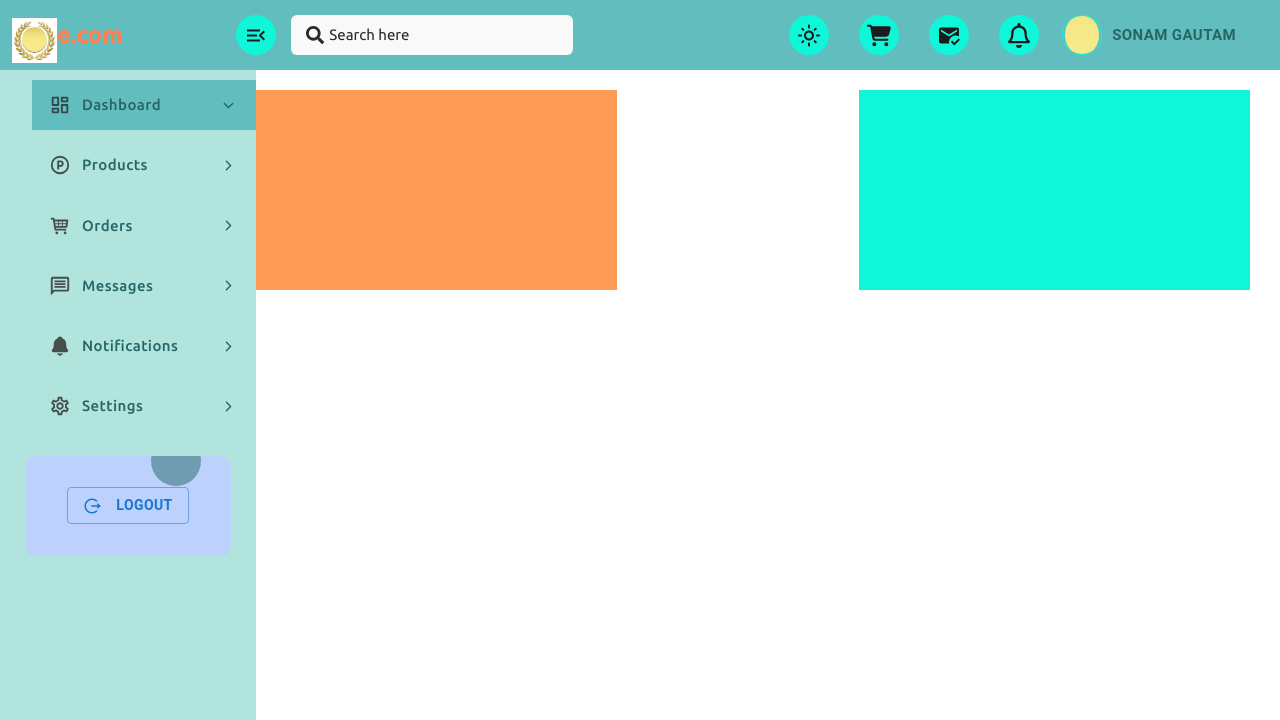
Repository: gautamsonam011/admin-react-dashboard
Page: /
The author's editor kept a copy of each file at every save. The page is drawn from the files as they stood at one save, then again after the next save.
The browser window is 1280 px wide. The pictures show the whole page.
The project was rebuilt for these pictures with package versions that can differ from the ones it lists, and the page was loaded fresh each time.

Above is the page before, as saved 2025-04-16 12:55:12.

### src/App.js
import { BrowserRouter, Routes, Route } from 'react-router-dom';
import './App.css';
import 'bootstrap/dist/css/bootstrap.min.css';
import Dashboard from './pages/Dashboard/Dashboard';
import Header from "./components/Header/index";
import Sidebar from './components/Sidebar';

function App() {
  return (
    <BrowserRouter>
    <Header/>
    <div className='main d-flex'>
      <div className='sidebarWrapper'>
        <Sidebar/>
      </div>
    </div>
    <div className='content'>
    <Routes>
      <Route path = "/" exact={true} element={<Dashboard/>} />
    </Routes>
    </div>

    </BrowserRouter>
  );
}

export default App;

### src/App.css
@import url('https://fonts.googleapis.com/css2?family=Ubuntu:ital,wght@0,300;0,400;0,500;0,700;1,300;1,400;1,500;1,700&display=swap');

body{
  font-family: "Ubuntu", sans-serif !important;
  background-color: #f4f8f7;

}

header{
  width:100%;
  height: 70px;
  background-color:#62bebe;
  position: fixed;
  top:0px;
  left:0px;
  z-index: 1000;
}
header .logo{
  text-decoration: none;
}
header .logo img{
  margin-top: 10px;
  width:45px;

}

header .logo span{
color: coral;
font-weight: bolder;
font-size: 24px;
}
header button.rounded-circle{min-width:40px !important; width:40px !important; height: 40px !important; background-color:#0ff7d8 !important; margin: 15px;}
header button.rounded-circle svg{color:rgb(29, 27, 27); font-size: 25px !important; transition: all 0.2s ease-in-out;}
header button.rounded-circle:hover svg{color: #2585d4 !important;}
.searchBox{width:400px; height: 40px; background-color:#faf9f9; border-radius: 6px;padding: 3px 15px;}
.searchBox input{background: transparent;border:0px; outline:none; padding-left: 5px; font-size: 15px; color:#292929}
.searchBox input::-webkit-input-placeholder{color:#292929}
.searchBox svg{font-size: 18px; color:#292929 ;}

.userImg{display: flex; align-items:center; justify-content: center; overflow: hidden; width:40px; height: 40px; border:1px solid #0ff7d8; padding: 2px; border-radius: 100%;}
.userImg .rounded-circle{display: flex; align-items:center; justify-content: center; overflow: hidden; width: 40px; height: 40px; cursor: pointer; position: relative;}
.userImg .rounded-circle .img{object-fit: cover; width: 100%;}
.userInfo{padding-left: 10px;}
.userInfo h5{font-size: 15px; font-weight: 600; margin-bottom:0px; color: #266666;}

#account-menu li{font-size: 14px !important;}
#account-menu li svg{font-size: 20px !important}

.dropdown-info{padding-left: 6px;}
.dropdown-info h4{font-size: 15px; font-weight:600;margin-top: 2px; white-space: break-space; line-height: 21px;}
.dropdown-info p{font-size: 10px; color: #2585d4;}


/* Style for sidebar  */

.main .sidebarWrapper{width: 20%; flex: 0 0 20%; transition: all 0.3s ease-in-out;}
.main .sidebarWrapper .sidebar{width:20%; height: 100vh; position:fixed; top: 70px; left:0px; background:#b1e4dd; overflow-y: scroll; overflow-x: hidden;}
.main .sidebarWrapper .sidebar::-webkit-scrollbar-thumb{background: transparent !important; width:3px;}
.main .sidebarWrapper:hover .sidebar::-webkit-scrollbar{ background:#2585d4; width:3px;}
.main .sidebarWrapper .sidebar ul{margin-bottom:0px;}
.main .sidebarWrapper .sidebar ul li{list-style: none; margin-top:10px;}
.main .sidebarWrapper .sidebar ul li button{color:#266666; text-align: left; justify-content: left; border-radius:0px !important; padding: 12px 15px !important;
  align-items: center; text-transform: capitalize !important;font-family: "Ubuntu", sans-serif !important;
  margin-left: 0px; font-size: 15px !important;
}
.main .sidebarWrapper .sidebar ul li button .icon{display: flex; align-items:center; justify-content: center; width:25px; height:25px; margin-right: 10px;}
.main .sidebarWrapper .sidebar ul li button .icon svg{color:#292929; opacity: 0.8; font-size: 22px;}
.main .sidebarWrapper .sidebar ul li button .arrow{margin-left: auto; display: flex; align-items: center; justify-content: center; width: 25px; transition: all 0.3s ease-in-out}
.main .sidebarWrapper .sidebar ul li button:hover{background:#62bebe !important;}
.main .sidebarWrapper .sidebar ul li button.active{background: #62bebe !important;}
.main .sidebarWrapper .sidebar ul li button.active .arrow{transform: rotate(90deg);}

.main .sidebarWrapper .sidebar ul .submenu{padding: 0px 45px; position:relative; height:auto;}
.main .sidebarWrapper .sidebar ul .submenu::before{content:''; width:1px; height: 95%; position: absolute; top:0px; left:25px; background:rgba(0, 0, 0, 0.1);}
.main .sidebarWrapper .sidebar ul .submenu li{width:100%; list-style: none;}
.main .sidebarWrapper .sidebar ul .submenu li a{color:#266666 !important; text-decoration: none; font-family: "Ubuntu", sans-serif !important;
display: block; padding: 6px 0px; font-size: 14px !important; font-weight: 500; transition:all 0.3s}
.main .sidebarWrapper .sidebar ul .submenu li a:hover{color:#2585d4 !important;}

.main .sidebarWrapper .sidebar ul .submenuWrapper{transition:all 0.3s ease-in-out; height: 0px; overflow: hidden; }
.main .sidebarWrapper .sidebar ul .submenuWrapper.colapsed .submenu{opacity:0;}

.main .sidebarWrapper .sidebar ul .submenuWrapper.colapse{height:auto; overflow: inherit;}
.main .sidebarWrapper .sidebar ul .submenuWrapper.colapse .submenu{opacity:1; height:auto;}

.logoutWrapper{padding: 0px 25px;}
.logoutWrapper .logoutBox{width:100%; height:100px; padding: 25px; background:#bcd2fd; border-radius:10px; margin-bottom:20px; display:flex; align-items: center; justify-content: center;
position:relative; overflow:hidden;}
.logoutWrapper .logoutBox::before{content:''; width:50px; height:50px; background:#266666; border-radius: 100%; position:absolute; top: -20px; right: 30px; opacity:0.5}
.logoutWrapper .logoutBox::after{content:''; width:30px; height:30px; background:#266666; border-radius: 100%; position:absolute; top: -30px; left: 30px; opacity:0.5}
.logoutWrapper .logoutBox button{font-size:14px !important; font-weight: 600 !important; }
.logoutWrapper .logoutBox button svg{margin-right: 15px; font-size:18px;}

.main .content{width:80%; flex: 0 0 80%;}
.right-content{padding: 90px 30px;}
.dashboardBoxWrapper{gap: 15px; width:100%; flex-wrap: wrap;}
.dashboardBoxWrapper .dashboardBox{margin-left:200px; width:48%; height: 200px; background-color:rgb(253, 154, 83);}
.dashboardBoxWrapperRow .box{width:100%; height: 100%; background:#0ff7d8;}

### src/pages/Dashboard/Dashboard.jsx
import DashboardBox from "../../components/DashboardBox";

const Dashboard = () => {
    return (
        <div className="right-content w-100">
            <div className="row dashboardBoxWrapperRow ">
                <div className="col-md-8">
                    <div className="dashboardBoxWrapper d-flex">
                        <DashboardBox color={["#000", "#ccc"]} />

                    </div>
                </div>
                <div className="col-md-4 pl-0">
                    <div className="box"></div>
                </div>
            </div>
        </div>
    )
}

export default Dashboard;

### src/components/Header/index.jsx
import React, { useState } from 'react';
import { Link } from "react-router-dom";
import logo from "../../assests/images/logo.jpg";
import Button from '@mui/material/Button';
import { MdMenuOpen } from "react-icons/md";
// import { MdOutlineMenu } from "react-icons/md";
import SearchBox from "../SearchBox";
import { MdOutlineLightMode } from "react-icons/md";
// import { MdDarkMode } from "react-icons/md";
import { FaCartShopping } from "react-icons/fa6";
import { MdMarkEmailRead } from "react-icons/md";
import { FaRegBell } from "react-icons/fa";


import Avatar from '@mui/material/Avatar';
import Menu from '@mui/material/Menu';
import MenuItem from '@mui/material/MenuItem';
import ListItemIcon from '@mui/material/ListItemIcon';
import Divider from '@mui/material/Divider';
import { FaShieldAlt } from "react-icons/fa";
import Settings from '@mui/icons-material/Settings';
import Logout from '@mui/icons-material/Logout';

const Header = () => {
    const [anchorEl, setAnchorEl] = useState(null);
    const [anchorElNotification, setAnchorElNotification] = useState(null);

    const open = Boolean(anchorEl);

    const handleOpenMyAccountDropdown = (event) => {
        if (anchorEl) {
            setAnchorEl(null);
        } else {
            setAnchorEl(event.currentTarget);
        }
    };

    const handleOpenMyAccountDropdownClose = () => {
        setAnchorEl(null);
    };

    // For Notification dropdown
    const handleOpennotificationsDrop = (event) => {
        setAnchorElNotification(event.currentTarget);
    };

    const handleClosenotificationsDrop = () => {
        setAnchorElNotification(null);
    };



    return (
        <>
            <header>
                <div className="container-fluid">
                    <div className="row d-flex align-items-center w-100">
                        {/* logo */}
                        <div className="col-sm-2">
                            <Link to="/" className="d-flex align-items-center logo">
                                <img src={logo} alt="logo" />
                                <span className="ml-2">e.com</span>
                            </Link>
                        </div>
                        <div className="col-sm-3 d-flex align-items-center pl-4">
                            <Button className="rounded-circle"><MdMenuOpen /></Button>
                            <SearchBox />
                        </div>
                        <div className="col-sm-7 d-flex align-items-center justify-content-end part3">
                            <Button className="rounded-circle"><MdOutlineLightMode /></Button>
                            <Button className="rounded-circle"><FaCartShopping /></Button>
                            <Button className="rounded-circle"><MdMarkEmailRead /></Button>
                            <Button className="rounded-circle" onClick={handleOpennotificationsDrop}>
                                <FaRegBell />
                            </Button>
                            <Menu
                                anchorEl={anchorElNotification}
                                open={Boolean(anchorElNotification)}
                                onClose={handleClosenotificationsDrop}
                                onClick={handleClosenotificationsDrop}
                                slotProps={{
                                    paper: {
                                        elevation: 0,
                                        sx: {
                                            overflow: 'visible',
                                            filter: 'drop-shadow(0px 2px 8px rgba(0,0,0,0.32))',
                                            mt: 1.5,
                                            '&::before': {
                                                content: '""',
                                                display: 'block',
                                                position: 'absolute',
                                                top: 0,
                                                right: 14,
                                                width: 10,
                                                height: 10,
                                                bgcolor: 'background.paper',
                                                transform: 'translateY(-50%) rotate(45deg)',
                                                zIndex: 0,
                                            },
                                        },
                                    },
                                }}
                                transformOrigin={{ horizontal: 'right', vertical: 'top' }}
                                anchorOrigin={{ horizontal: 'right', vertical: 'bottom' }}
                            >
                                <MenuItem onClick={handleClosenotificationsDrop}>
                                    Orders(12)
                                </MenuItem>
                                <Divider className="mb-2" />
                                <MenuItem onClick={handleClosenotificationsDrop}>
                                    <div className="d-flex align-items-center dropdown-list">

                                        <div className="userImg">
                                        <span className="rounded-circle">
                                            <img src={logo} alt="profile" />
                                        </span>

                                    </div>
                                    <div className='dropdown-info'>
                                        <h4><b>Sona</b> added Leather New Shoes</h4>
                                        <p>Few minutes ago</p>
                                    </div>
                                    </div>

                                </MenuItem>
                                <MenuItem onClick={handleClosenotificationsDrop}>
                                    <div className="d-flex align-items-center dropdown-list">

                                        <div className="userImg">
                                        <span className="rounded-circle">
                                            <img src={logo} alt="profile" />
                                        </span>

                                    </div>
                                    <div className='dropdown-info'>
                                        <h4><b>Sona</b> added Leather New Shoes</h4>
                                        <p>Few minutes ago</p>
                                    </div>
                                    </div>

                                </MenuItem>
                            </Menu>

                            <div className="myAccountWrapper">
                                <Button className="myAccount d-flex align-items-center" onClick={handleOpenMyAccountDropdown}>
                                    <div className="userImg">
                                        <span className="rounded-circle">
                                            <img src={logo} alt="profile" />
                                        </span>

                                    </div>
                                    <div className="userInfo">
                                        <h5>Sonam Gautam</h5>
                                    </div>

                                    <Menu
                                        anchorEl={anchorEl}
                                        id="account-menu"
                                        open={open}
                                        onClose={handleOpenMyAccountDropdownClose}
                                        onClick={handleOpenMyAccountDropdownClose}
                                        slotProps={{
                                            paper: {
                                                elevation: 0,
                                                sx: {
                                                    overflow: 'visible',
                                                    filter: 'drop-shadow(0px 2px 8px rgba(0,0,0,0.32))',
                                                    mt: 1.5,
                                                    '& .MuiAvatar-root': {
                                                        width: 32,
                                                        height: 32,
                                                        ml: -0.5,
                                                        mr: 1,
                                                    },
                                                    '&::before': {
                                                        content: '""',
                                                        display: 'block',
                                                        position: 'absolute',
                                                        top: 0,
                                                        right: 14,
                                                        width: 10,
                                                        height: 10,
                                                        bgcolor: 'background.paper',
                                                        transform: 'translateY(-50%) rotate(45deg)',
                                                        zIndex: 0,
                                                    },
                                                },
                                            },
                                        }}
                                        transformOrigin={{ horizontal: 'right', vertical: 'top' }}
                                        anchorOrigin={{ horizontal: 'right', vertical: 'bottom' }}
                                    >
                                        <MenuItem onClick={handleOpenMyAccountDropdownClose}>
                                            <Avatar /> Profile
                                        </MenuItem>
                                        <Divider />
                                        <MenuItem onClick={handleOpenMyAccountDropdownClose}>
                                            <ListItemIcon>
                                                <FaShieldAlt fontSize="small" />
                                            </ListItemIcon>
                                            Reset Password
                                        </MenuItem>
                                        <MenuItem onClick={handleOpenMyAccountDropdownClose}>
                                            <ListItemIcon>
                                                <Settings fontSize="small" />
                                            </ListItemIcon>
                                            Settings
                                        </MenuItem>
                                        <MenuItem onClick={handleOpenMyAccountDropdownClose}>
                                            <ListItemIcon>
                                                <Logout fontSize="small" />
                                            </ListItemIcon>
                                            Logout
                                        </MenuItem>
                                    </Menu>
                                </Button>
                            </div>
                        </div>
                    </div>
                </div>
            </header>
        </>
    )
}

export default Header

### src/components/Sidebar/index.jsx
import Button from '@mui/material/Button';
import { RiDashboardLine } from "react-icons/ri";
import { IoIosArrowForward } from "react-icons/io";
import { TbBrandProducthunt } from "react-icons/tb";
import { TiShoppingCart } from "react-icons/ti";
import { MdOutlineMessage } from "react-icons/md";
import { IoNotifications } from "react-icons/io5";
import { MdOutlineSettings } from "react-icons/md";
import { Link } from 'react-router-dom';
import React, {useState} from "react";
import { RiLogoutCircleRLine } from "react-icons/ri";

const Sidebar = () =>{
    const [activeTab, setActiveTab] = useState(0);
    const [isToggleSubmenu, setIsToggleSubmenu] = useState(false);

    const isOpenSubmenu = (index) =>{
        setActiveTab(index);
        setIsToggleSubmenu(!isToggleSubmenu);


    }

    return(
        <div className="sidebar">
            <ul>
                <li>
                    <Link to="/">
                    <Button className={`w-100 ${activeTab === 0 ? 'active' : ''}`} onClick={()=>isOpenSubmenu(0)}>
                        <span className='icon'><RiDashboardLine/></span>
                        Dashboard
                        <span className="arrow"><IoIosArrowForward/></span>
                    </Button>
                    </Link>
                </li>
                <li>
                    <Button className={`w-100 ${activeTab === 1 && isToggleSubmenu===true ?  'active' : ''}`} onClick={()=>isOpenSubmenu(1)}>
                        <span className='icon'><TbBrandProducthunt/></span>
                        Products
                        <span className="arrow"><IoIosArrowForward/></span>
                    </Button>
                    <div className={`submenuWrapper ${activeTab===1 && isToggleSubmenu===true ? 'colapse':'colapsed'}`}>
                    <ul className='submenu'>
                        <li><Link to="#">Product Add</Link></li>
                        <li><Link to="#">Product List</Link></li>
                        <li><Link to="#">Product View</Link></li>
                    </ul>
                    </div>
                </li>
                <li>
                    <Link to="/">
                    <Button className={`w-100 ${activeTab === 2 ? 'active' : ''}`} onClick={()=>isOpenSubmenu(2)}>
                        <span className='icon'><TiShoppingCart/></span>
                        Orders
                        <span className="arrow"><IoIosArrowForward/></span>
                    </Button>
                    </Link>
                </li>
                <li>
                    <Link to="/">
                    <Button className={`w-100 ${activeTab === 3 ? 'active' : ''}`} onClick={()=>isOpenSubmenu(3)}>
                        <span className='icon'><MdOutlineMessage/></span>
                        Messages
                        <span className="arrow"><IoIosArrowForward/></span>
                    </Button>
                    </Link>
                </li>
                <li>
                    <Link to="/">
                    <Button className={`w-100 ${activeTab === 4 ? 'active' : ''}`} onClick={()=>isOpenSubmenu(4)}>
                        <span className='icon'><IoNotifications/></span>
                        Notifications
                        <span className="arrow"><IoIosArrowForward/></span>
                    </Button>
                    </Link>
                </li>
                <li>
                    <Link to="/">
                    <Button className={`w-100 ${activeTab === 5 ? 'active' : ''}`} onClick={()=>isOpenSubmenu(5)}>
                        <span className='icon'><MdOutlineSettings /></span>
                        Settings
                        <span className="arrow"><IoIosArrowForward/></span>
                    </Button>
                    </Link>
                </li>
            </ul>
            <br/>
            <div className="logoutWrapper">
                <div className="logoutBox">
            <Button variant="outlined"> <RiLogoutCircleRLine/>Logout</Button>
            </div>
            </div>
        </div>
    )
}

export default Sidebar

### src/components/DashboardBox.jsx

const DashboardBox = () => {

    return (
        <>
        <div className="dashboardBox"></div>
        {/* <div className="dashboardBox"></div>
        <div className="dashboardBox"></div>
        <div className="dashboardBox"></div> */}
        </>

    )

}

export default DashboardBox;

### src/components/SearchBox.jsx
import { FaSearch } from "react-icons/fa";

const SearchBox = () =>{
    return (
        <div className="searchBox position-relative d-flex align-items-center">
            <FaSearch className="mr-2" />
            <input type="text" placeholder="Search here"  />
        </div>
    )
}

export default SearchBox;

Loaded but not shown: public/index.html (common file); src/index.js (common file); src/reportWebVitals.js (common file)

After the next save:
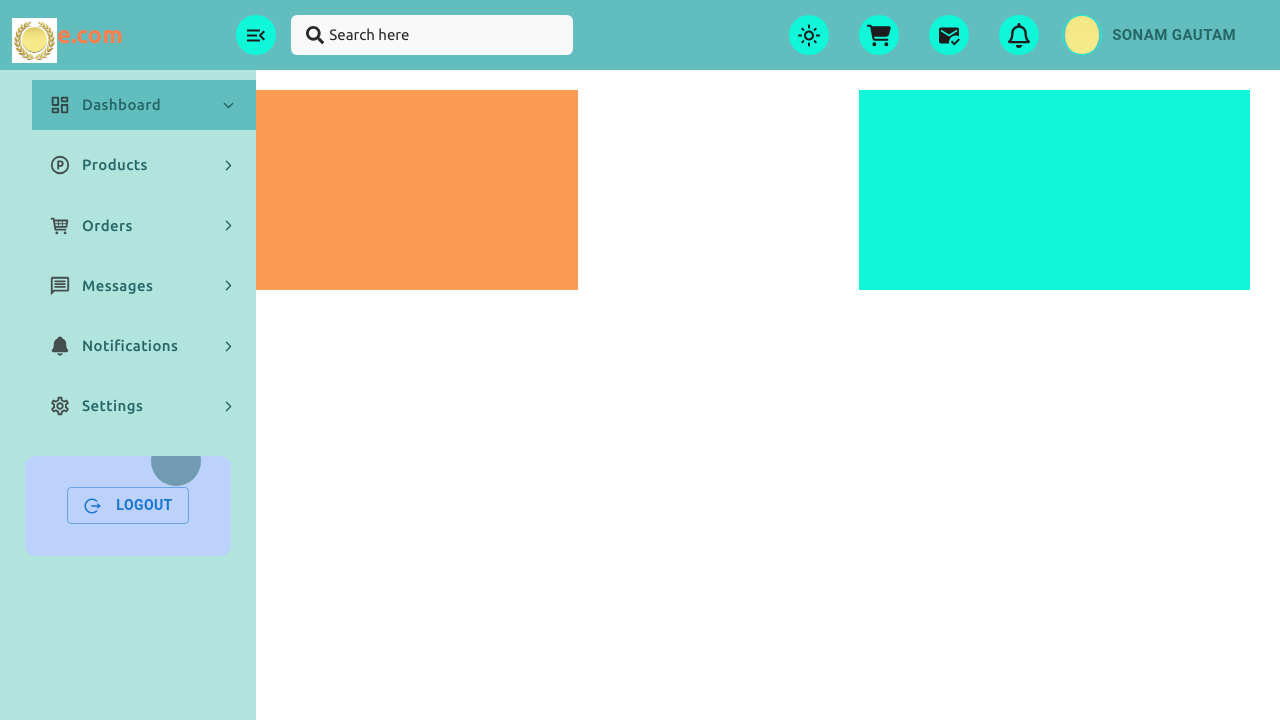
Saved 33 s later.
--- a/src/App.css
+++ b/src/App.css
@@ -94,5 +94,5 @@ position:relative; overflow:hidden;}
 .main .content{width:80%; flex: 0 0 80%;}
 .right-content{padding: 90px 30px;}
 .dashboardBoxWrapper{gap: 15px; width:100%; flex-wrap: wrap;}
-.dashboardBoxWrapper .dashboardBox{margin-left:200px; width:48%; height: 200px; background-color:rgb(253, 154, 83);}
+.dashboardBoxWrapper .dashboardBox{margin-left:20%; width:48%; height: 200px; background-color:rgb(253, 154, 83);}
 .dashboardBoxWrapperRow .box{width:100%; height: 100%; background:#0ff7d8;}
